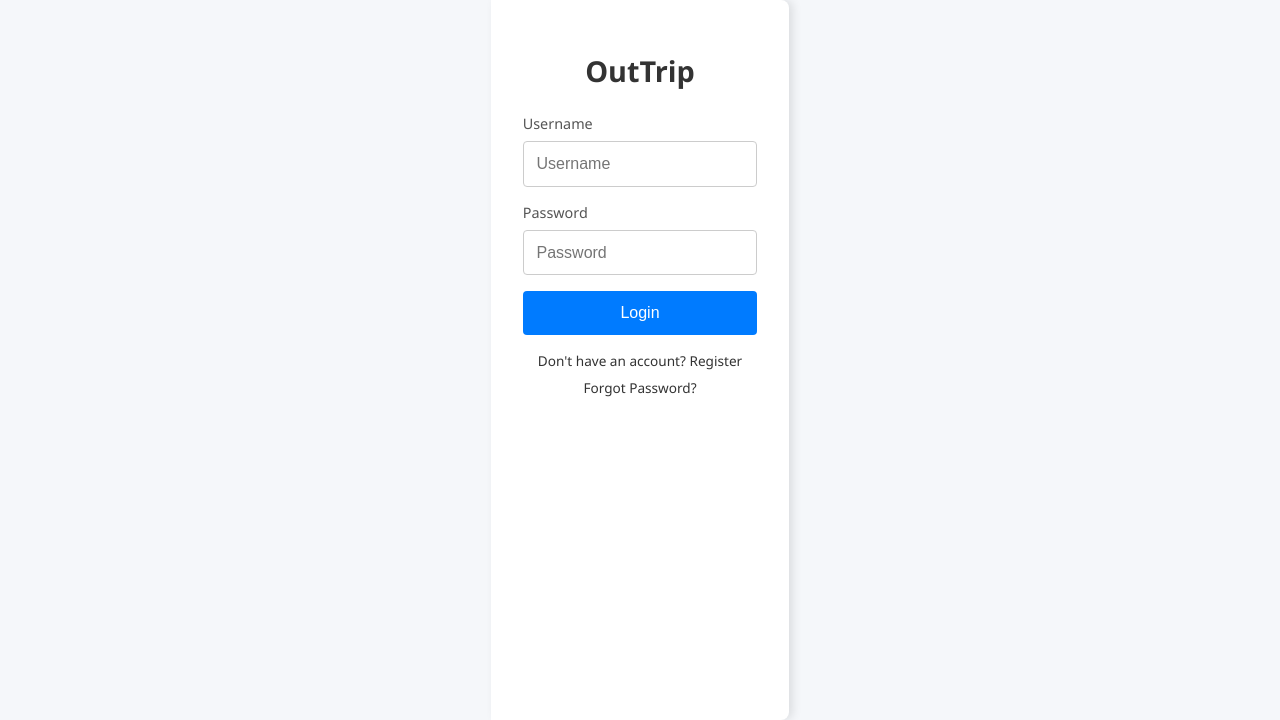
Repository: Nuttawut-Amattong/outtrip
Page: / (app in OutTrip/)
These files come from the project's save history. The page is drawn as it stood at one moment and after the next save; the edit follows.
The browser window is 1280 px wide. The pictures show the whole page.
The project was rebuilt for these pictures with package versions that can differ from the ones it lists, and the page was loaded fresh each time. Also part of the build but not shown: OutTrip/vite.config.js, OutTrip/src/pages/Register.jsx, OutTrip/src/pages/Forgetpass.jsx.

Above is the page before, as saved 2025-05-19 00:42:25.

After the next save:
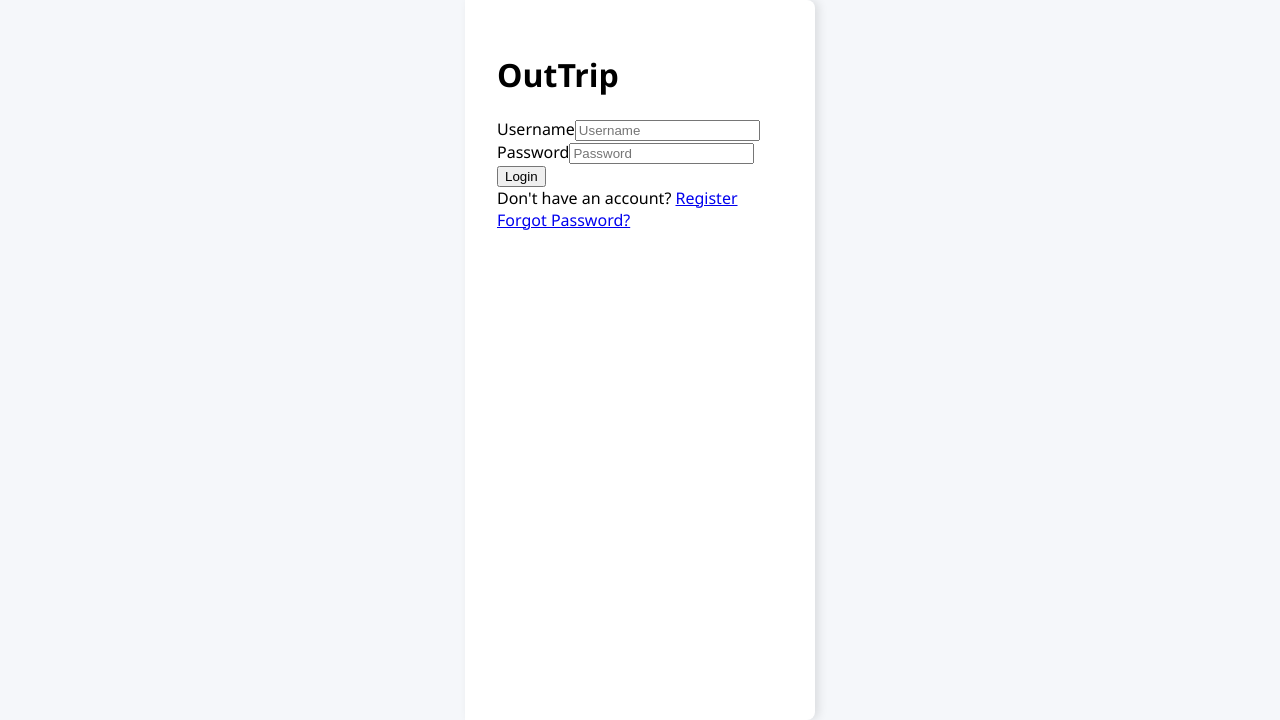
Saved 114 s later.
--- a/OutTrip/src/CSS/login.css
+++ b/OutTrip/src/CSS/login.css
@@ -1,106 +1,24 @@
+/* login.css */
+
 body {
     font-family: Arial, sans-serif;
     margin: 0;
     padding: 0;
     background-color: #f4f4f9;
+
     display: flex;
-    justify-content: flex-start;  /* เปลี่ยนจาก center เป็นซ้าย */
-    align-items: stretch;         /* ยืดความสูงเต็มจอ */
+    justify-content: flex-start;  /* ✅ เปลี่ยนจาก center เป็น left */
+    align-items: stretch;          /* ✅ ให้กล่องยืดเต็มสูง */
     height: 100vh;
 }
 
 .login-container {
     background-color: #ffffff;
     padding: 2rem;
-    border-radius: 0 8px 8px 0; /* โค้งเฉพาะขอบขวา */
+    border-radius: 0 8px 8px 0;      /* ✅ โค้งเฉพาะขอบขวา */
     box-shadow: 4px 0 10px rgba(0, 0, 0, 0.1);
     width: 100%;
-    max-width: 320px;
-    height: 100vh;               /* ให้เต็มจอแนวตั้ง */
+    max-width: 350px;
+    height: 100vh;                  /* ✅ ให้เต็มความสูง */
     box-sizing: border-box;
 }
-
-.login-container h1 {
-    font-size: 1.8rem;
-    margin-bottom: 1.5rem;
-    color: #333333;
-    text-align: center;
-}
-
-.login-container form {
-    display: flex;
-    flex-direction: column;
-}
-
-.login-container label {
-    font-size: 0.9rem;
-    margin-bottom: 0.5rem;
-    color: #555555;
-}
-
-.login-container input[type="text"],
-.login-container input[type="user"],
-.login-container input[type="password"] {
-    padding: 0.8rem;
-    margin-bottom: 1rem;
-    border: 1px solid #cccccc;
-    border-radius: 4px;
-    font-size: 1rem;
-}
-
-.login-container input[type="text"]:focus,
-.login-container input[type="user"]:focus,
-.login-container input[type="password"]:focus {
-    border-color: #007bff;
-    outline: none;
-}
-
-.login-container button {
-    padding: 0.8rem;
-    background-color: #007bff;
-    color: #ffffff;
-    border: none;
-    border-radius: 4px;
-    font-size: 1rem;
-    cursor: pointer;
-    transition: background-color 0.3s ease;
-}
-
-.login-container button:hover {
-    background-color: #0056b3;
-}
-
-.login-container .forgot-password {
-    margin-top: 1rem;
-    text-align: center;
-}
-
-.login-container .forgot-password a {
-    color: #007bff;
-    text-decoration: none;
-    font-size: 0.9rem;
-}
-
-.login-container .forgot-password a:hover {
-    text-decoration: underline;
-}
-
-.login-links {
-    margin-top: 1rem;
-    text-align: center;
-    font-size: 0.85rem;
-    color: #333333;
-    display: flex;
-    flex-direction: column;
-    gap: 0.5rem;
-}
-
-.login-links a {
-    color: inherit;
-    text-decoration: none;
-    cursor: pointer;
-}
-
-.login-links a:hover {
-    text-decoration: underline;
-}

After the save that followed:
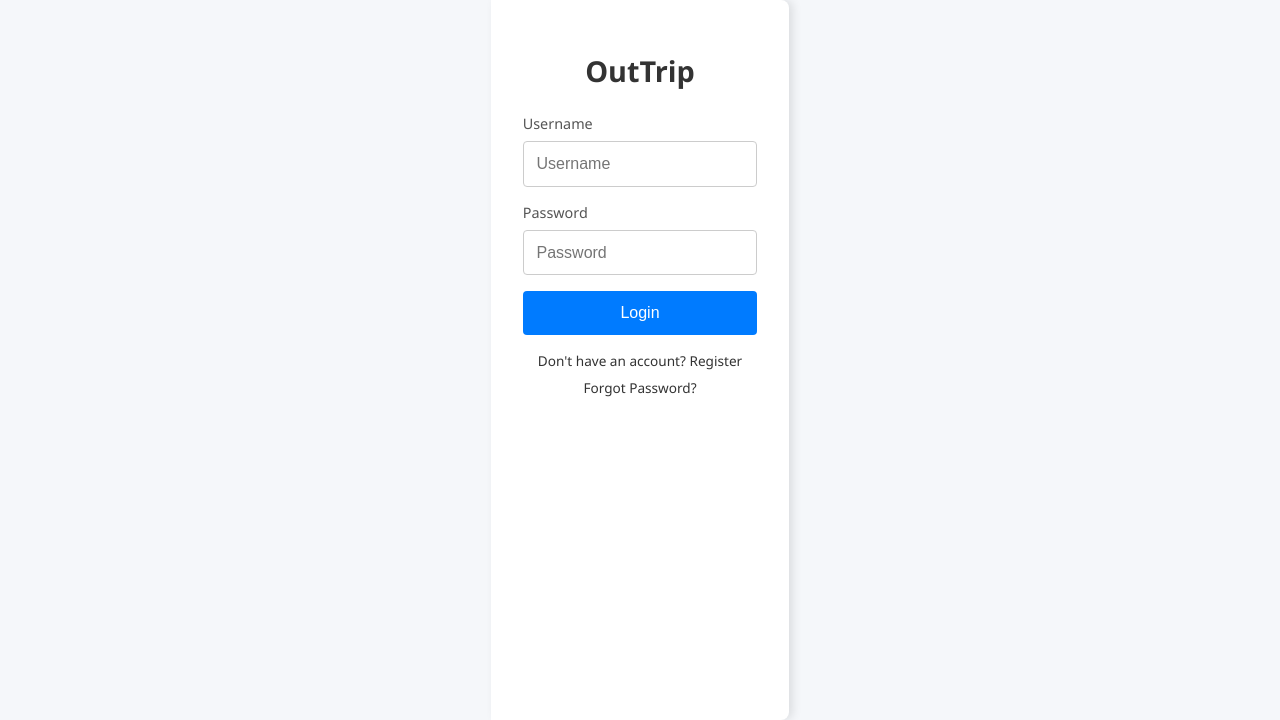
Saved 6 s later.
--- a/OutTrip/src/CSS/login.css
+++ b/OutTrip/src/CSS/login.css
@@ -1,24 +1,106 @@
-/* login.css */
-
 body {
     font-family: Arial, sans-serif;
     margin: 0;
     padding: 0;
     background-color: #f4f4f9;
-
     display: flex;
-    justify-content: flex-start;  /* ✅ เปลี่ยนจาก center เป็น left */
-    align-items: stretch;          /* ✅ ให้กล่องยืดเต็มสูง */
+    justify-content: flex-start;  /* เปลี่ยนจาก center เป็นซ้าย */
+    align-items: stretch;         /* ยืดความสูงเต็มจอ */
     height: 100vh;
 }
 
 .login-container {
     background-color: #ffffff;
     padding: 2rem;
-    border-radius: 0 8px 8px 0;      /* ✅ โค้งเฉพาะขอบขวา */
+    border-radius: 0 8px 8px 0; /* โค้งเฉพาะขอบขวา */
     box-shadow: 4px 0 10px rgba(0, 0, 0, 0.1);
     width: 100%;
-    max-width: 350px;
-    height: 100vh;                  /* ✅ ให้เต็มความสูง */
+    max-width: 320px;
+    height: 100vh;               /* ให้เต็มจอแนวตั้ง */
     box-sizing: border-box;
 }
+
+.login-container h1 {
+    font-size: 1.8rem;
+    margin-bottom: 1.5rem;
+    color: #333333;
+    text-align: center;
+}
+
+.login-container form {
+    display: flex;
+    flex-direction: column;
+}
+
+.login-container label {
+    font-size: 0.9rem;
+    margin-bottom: 0.5rem;
+    color: #555555;
+}
+
+.login-container input[type="text"],
+.login-container input[type="user"],
+.login-container input[type="password"] {
+    padding: 0.8rem;
+    margin-bottom: 1rem;
+    border: 1px solid #cccccc;
+    border-radius: 4px;
+    font-size: 1rem;
+}
+
+.login-container input[type="text"]:focus,
+.login-container input[type="user"]:focus,
+.login-container input[type="password"]:focus {
+    border-color: #007bff;
+    outline: none;
+}
+
+.login-container button {
+    padding: 0.8rem;
+    background-color: #007bff;
+    color: #ffffff;
+    border: none;
+    border-radius: 4px;
+    font-size: 1rem;
+    cursor: pointer;
+    transition: background-color 0.3s ease;
+}
+
+.login-container button:hover {
+    background-color: #0056b3;
+}
+
+.login-container .forgot-password {
+    margin-top: 1rem;
+    text-align: center;
+}
+
+.login-container .forgot-password a {
+    color: #007bff;
+    text-decoration: none;
+    font-size: 0.9rem;
+}
+
+.login-container .forgot-password a:hover {
+    text-decoration: underline;
+}
+
+.login-links {
+    margin-top: 1rem;
+    text-align: center;
+    font-size: 0.85rem;
+    color: #333333;
+    display: flex;
+    flex-direction: column;
+    gap: 0.5rem;
+}
+
+.login-links a {
+    color: inherit;
+    text-decoration: none;
+    cursor: pointer;
+}
+
+.login-links a:hover {
+    text-decoration: underline;
+}
